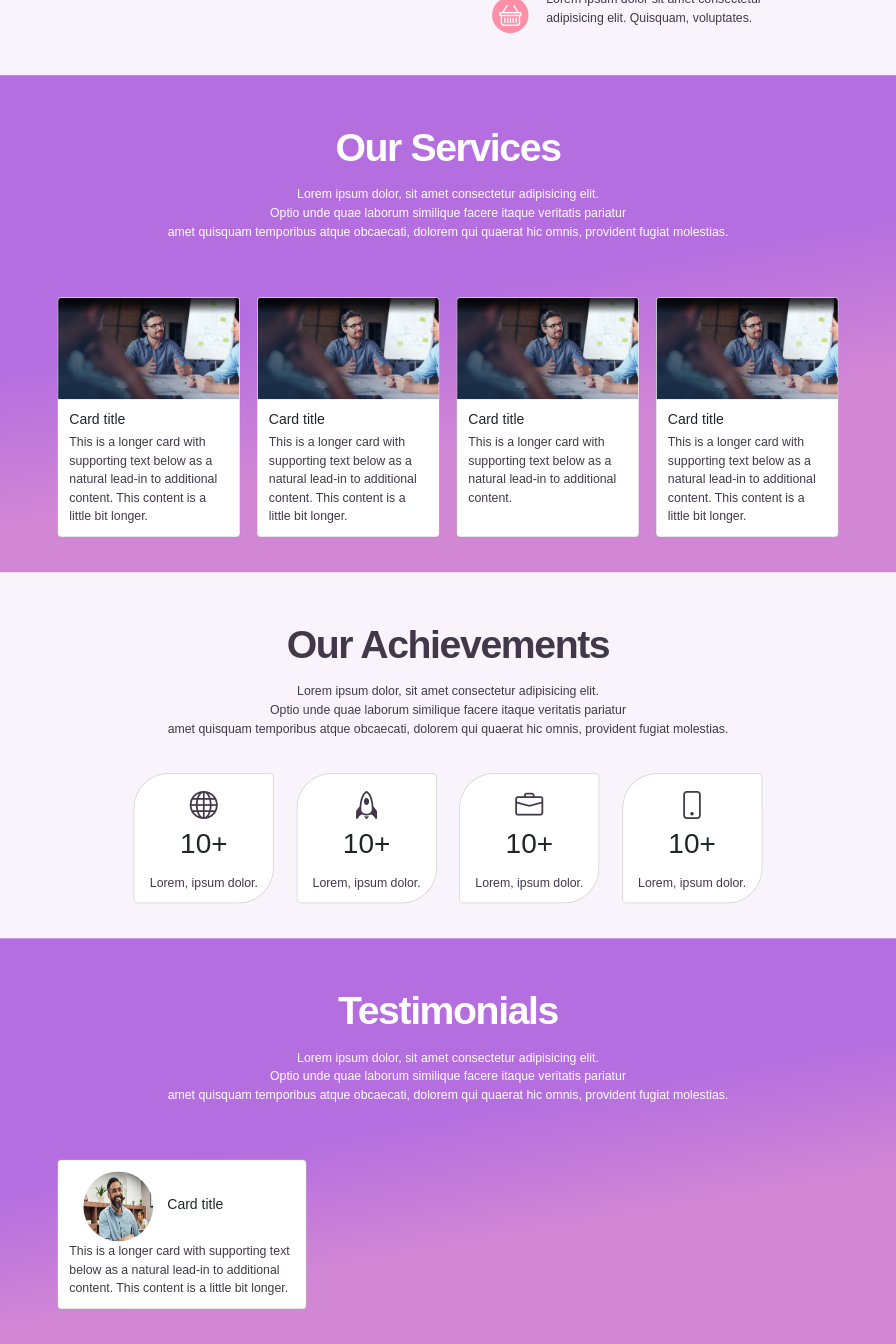
Repository: tagnam/project27012025
Page: index.html
An editor plug-in stored every save of this project. The page is shown before and after a run of saves, followed by the edit.
The browser window is 1280 px wide. The pictures show the part of the page from y = 1309 to 3229 px (the page is 3229 px tall before and 3209 px after), at 70% of full size.

Above is the page before, as saved 2025-01-28 13:05:47.

After the next 2 saves:
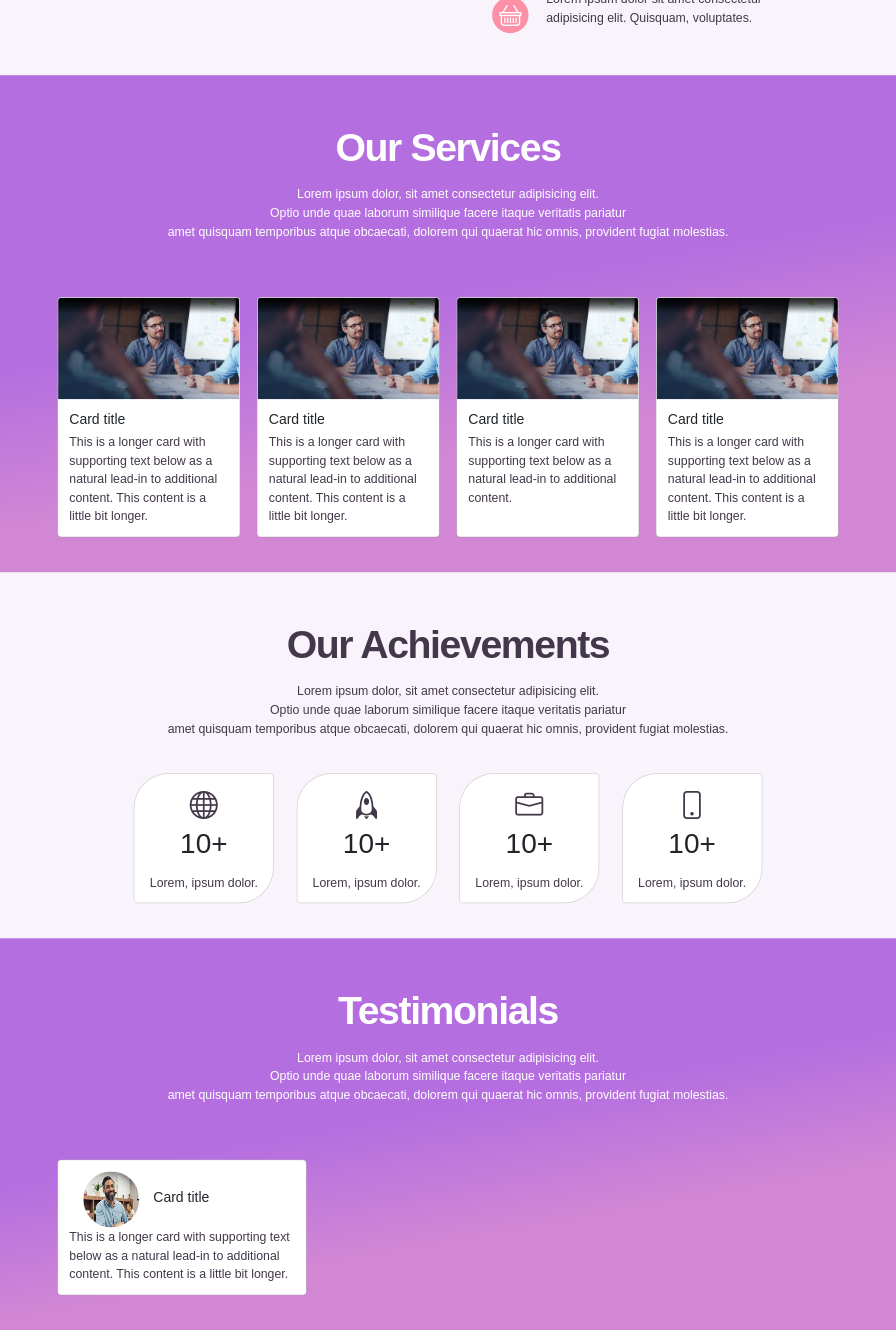
The 2 saves are shown as one change because they came seconds apart.
The last was saved 12 s later.
--- a/style/css/index.css
+++ b/style/css/index.css
@@ -244,8 +244,8 @@ width: 100%;
 }
 
 .testimonial-img{
-    width: 100px;
-    height: 100px;
+    width: 80px;
+    height: 80px;
     border-radius: 50%;
     margin: 0px 20px;
 }
